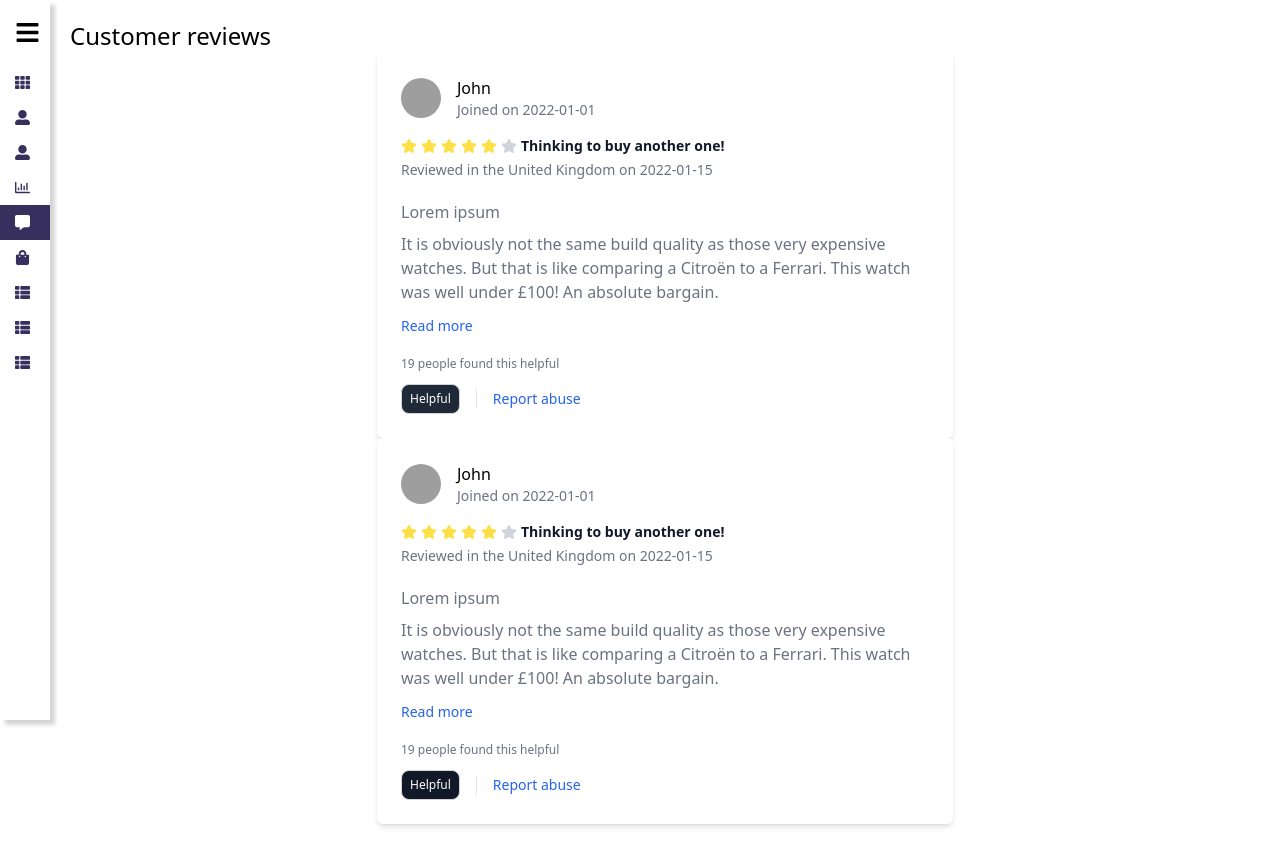
Repository: AndargWorku12/admin-dashboard
Page: /review
The author's editor kept a copy of each file at every save. The page is drawn from the files as they stood at one save, then again after the next save.
The browser window is 1280 px wide. The pictures show the whole page.
Pictures or frames that could not be fetched are drawn as grey boxes. The project was rebuilt for these pictures with package versions that can differ from the ones it lists, and the page was loaded fresh each time. Also part of the build but not shown: src/styles/analytics.css, src/pages/Analytics.tsx, src/pages/Dashboard.tsx, src/styles/orders.css, src/pages/OrderTable.tsx, src/pages/OrderModal.tsx, src/pages/Orders.tsx, src/styles/category.css and 11 more.

Above is the page before, as saved 2024-02-03 03:24:03.

After the next save:
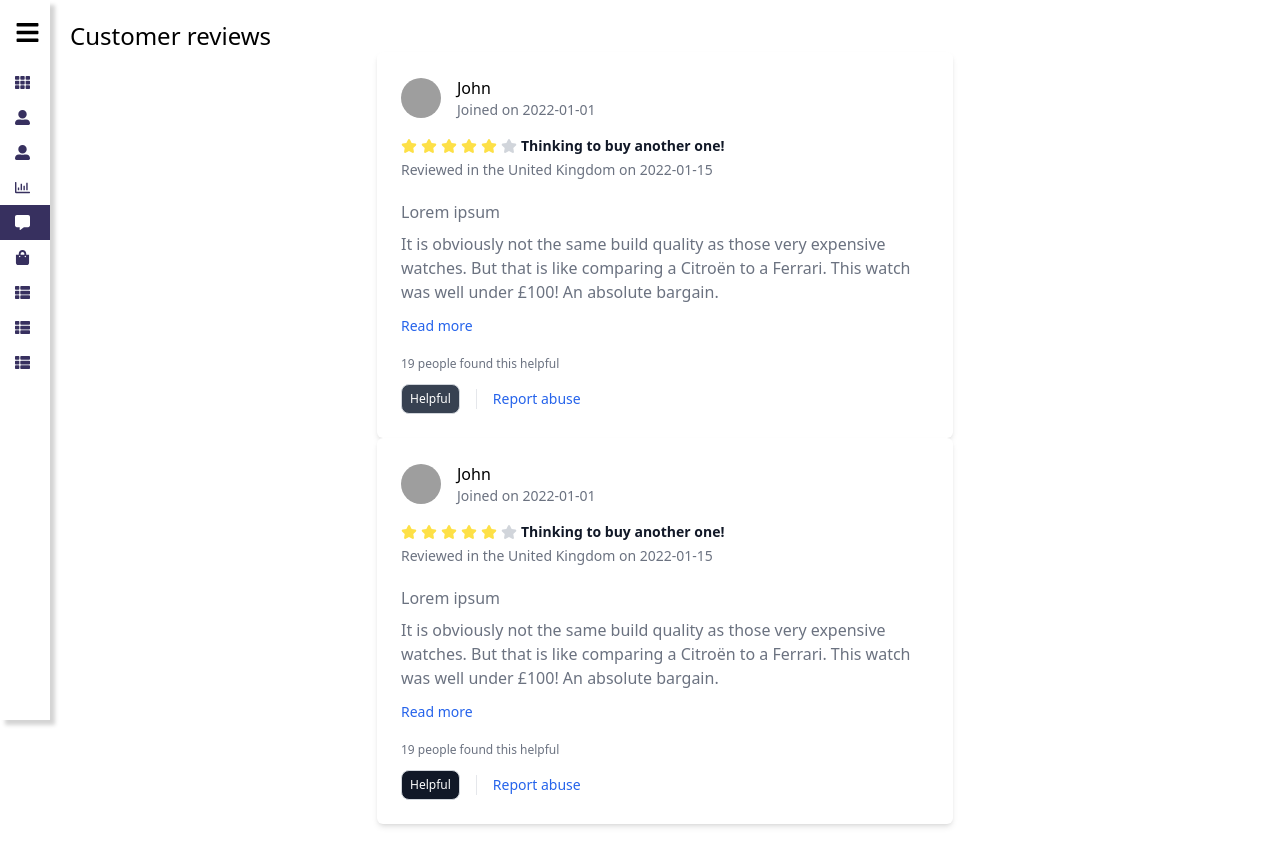
Saved 44 s later.
--- a/src/pages/CustemerReview.tsx
+++ b/src/pages/CustemerReview.tsx
@@ -64,7 +64,7 @@ const CustomerReview: React.FC<ReviewProps> = ({ username, joinedDate, reviewDat
       <aside>
         <p className="mt-1 text-xs text-gray-500 dark:text-gray-400">19 people found this helpful</p>
         <div className="flex items-center mt-3">
-          <button className="bg-gray-800 text-white border border-gray-300 focus:outline-none hover:bg-gray-100 focus:ring-4 focus:ring-gray-200 font-medium rounded-lg text-xs px-2 py-1.5 dark:bg-gray-800 dark:text-white dark:border-gray-600 dark:hover:bg-gray-700 dark:hover:border-gray-600 dark:focus:ring-gray-700">
+          <button className=" bg-gray-700 text-white border border-gray-300 focus:outline-none hover:bg-gray-100 focus:ring-4 focus:ring-gray-200 font-medium rounded-lg text-xs px-2 py-1.5 dark:bg-gray-800 dark:text-white dark:border-gray-600 dark:hover:bg-gray-700 dark:hover:border-gray-600 dark:focus:ring-gray-700">
             Helpful
           </button>
           <button className="ps-4 text-sm font-medium text-blue-600 hover:underline dark:text-blue-500 border-gray-200 ms-4 border-s md:mb-0 dark:border-gray-600">
